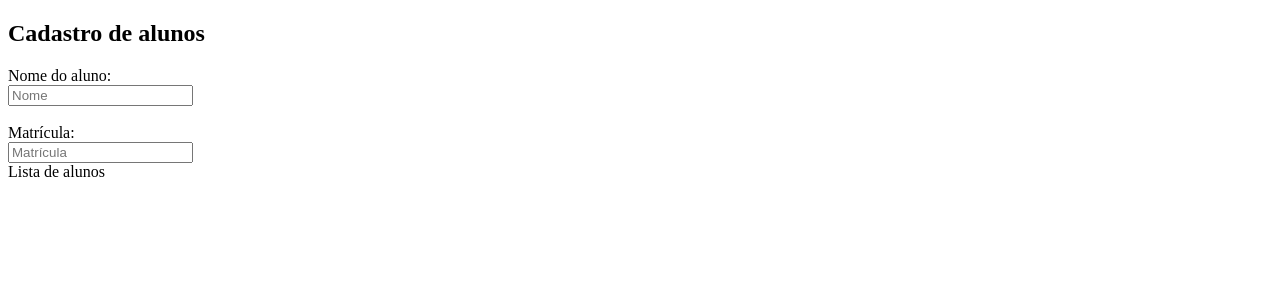
Repository: lorenavasconcellos/Trabalhos-WEB2
Page: CadastroAlunos/src/main/webapp/cadastrar_aluno.html
An editor plug-in stored every save of this project. The page is shown before and after the next save, followed by the edit.
The browser window is 1280 px wide. The pictures show the whole page.

Above is the page before, as saved 2022-12-01 11:25:26.

### CadastroAlunos/src/main/webapp/cadastrar_aluno.html
<!DOCTYPE html>
<html>
<head>
<meta charset="UTF-8">
<title>Cadastrar Aluno</title>
</head>

<body>
	<h2>Cadastro de alunos</h2>
	<form action="aluno.do" method="post">
		<label for="nome">Nome do aluno:</label><br>
		<input id="nome" type="text" placeholder="Nome"><br><br>
		<label for="matricula">Matrícula:</label><br>
		<input id="matricula" type="number" placeholder="Matrícula">
	</form>
	<a href"index.html">Lista de alunos</a>
</body>
</html>

After the next save:
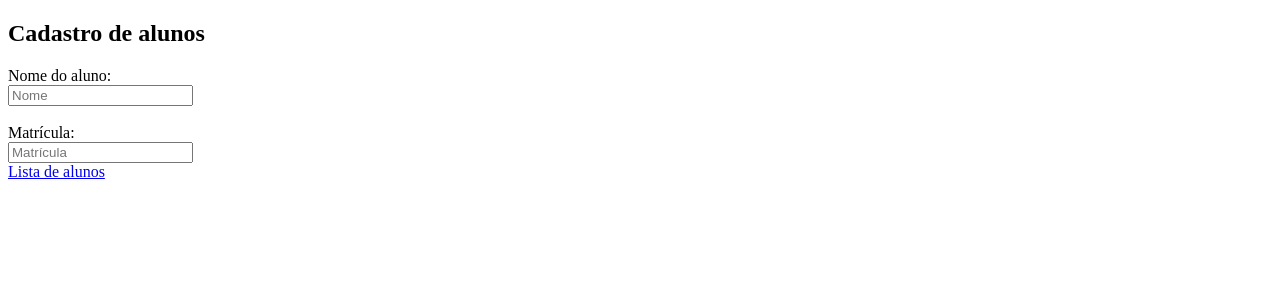
Saved 27 s later.
--- a/CadastroAlunos/src/main/webapp/cadastrar_aluno.html
+++ b/CadastroAlunos/src/main/webapp/cadastrar_aluno.html
@@ -13,6 +13,6 @@
 		<label for="matricula">Matrícula:</label><br>
 		<input id="matricula" type="number" placeholder="Matrícula">
 	</form>
-	<a href"index.html">Lista de alunos</a>
+	<a href="./index.html">Lista de alunos</a>
 </body>
 </html>
